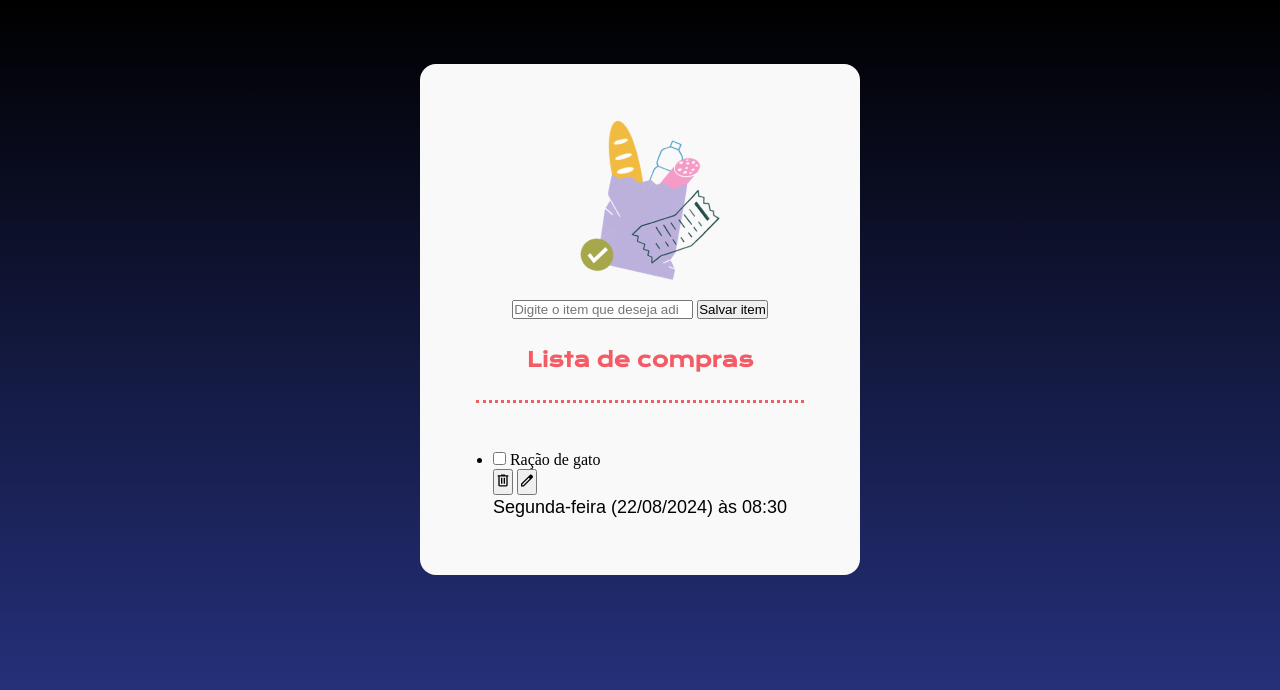
Repository: joaoPraiaJunior/compras_js
Page: index.html
An editor plug-in stored every save of this project. The page is shown before and after the next save, followed by the edit.
The browser window is 1280 px wide. The pictures show the whole page.
Some web fonts or font styles are not loaded; a fallback is used.

Above is the page before, as saved 2024-08-22 20:03:59.

After the next save:
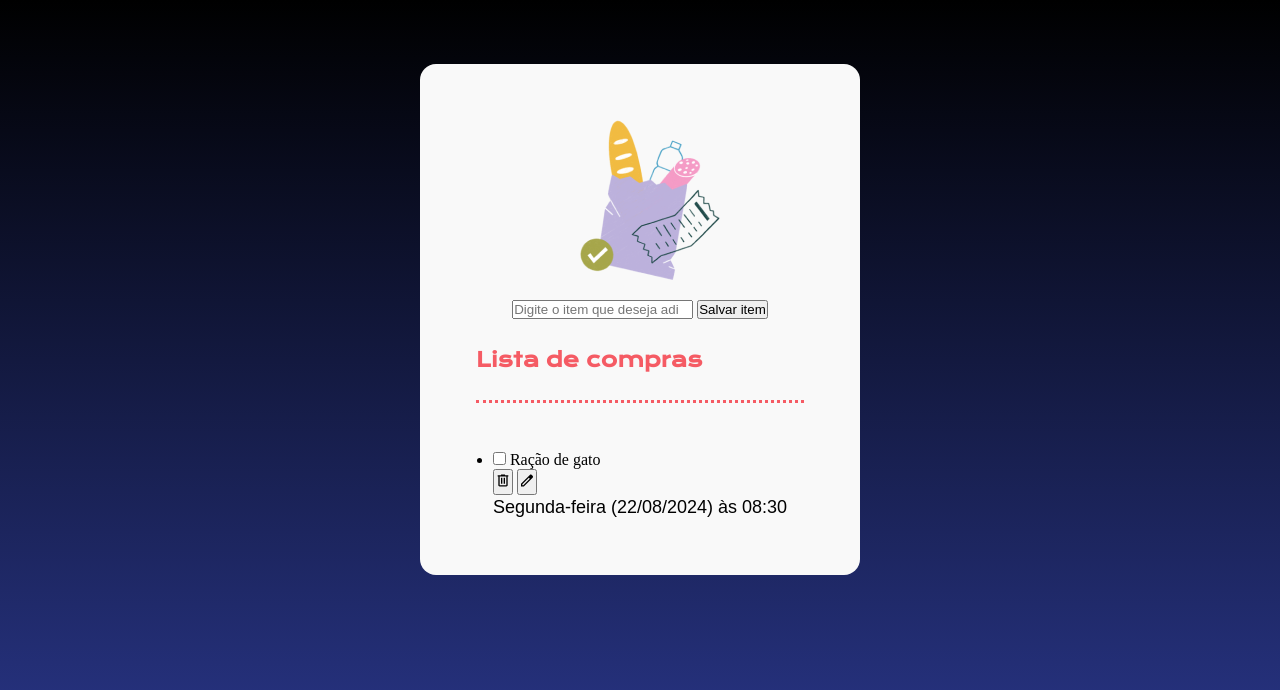
Saved 57 s later.
--- a/css/styles.css
+++ b/css/styles.css
@@ -50,10 +50,10 @@ main {
 }
 
 h1 {
+    align-self: flex-start;
     font-family: var(--fonte-titulo);
     font-size: 2.0rem;
     color: var(--cor-primaria);
-    text-align: left;
     line-height: 3.3rem;
 }
 
